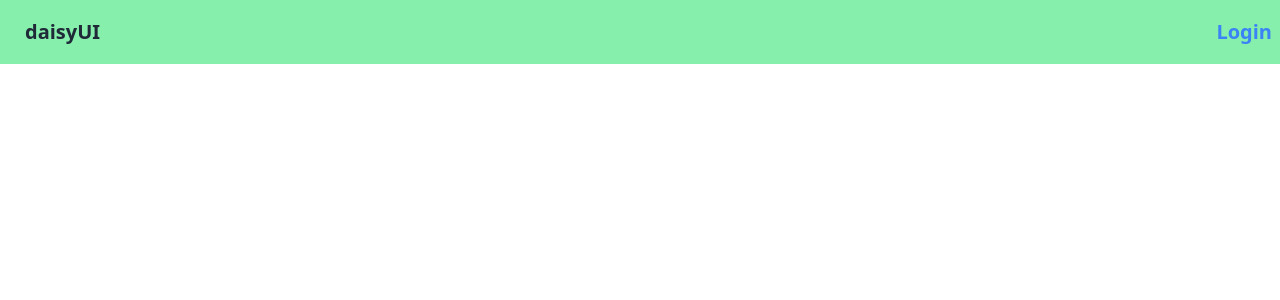
Repository: mohamedk98/Sparrow
Page: /profile (app in client/)
An editor plug-in stored every save of this project. The page is shown before and after a run of saves, followed by the edit.
The browser window is 1280 px wide. The pictures show the whole page.
The page's requests for data from a server got no answer. The project was rebuilt for these pictures with package versions that can differ from the ones it lists, and the page was loaded fresh each time. No one was signed in, and anything a server would have sent is missing. Also part of the build but not shown: client/src/App.css, client/src/pages/Home.js, client/src/pages/Login.js.

Above is the page before, as saved 2022-06-29 20:21:57.

After the next 3 saves:
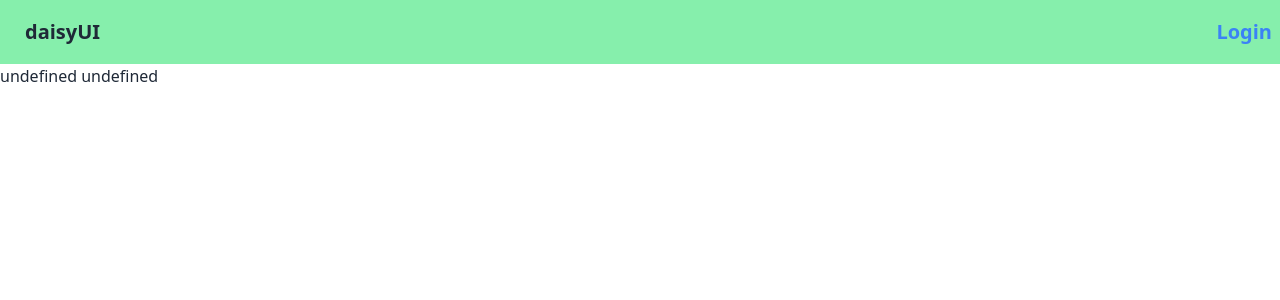
The 3 saves are shown as one change because 2 did not build or start.
The last was saved 2 min 17 s later.
--- a/client/src/pages/Profile.js
+++ b/client/src/pages/Profile.js
@@ -22,7 +22,7 @@ function Profile(props) {
   }, []);
   return (
     <>
-      {console.log({ ...profileData })}
+     <h1>{profileData?.firstName + " " + profileData?.lastName}</h1>
     </>
   );
 }
